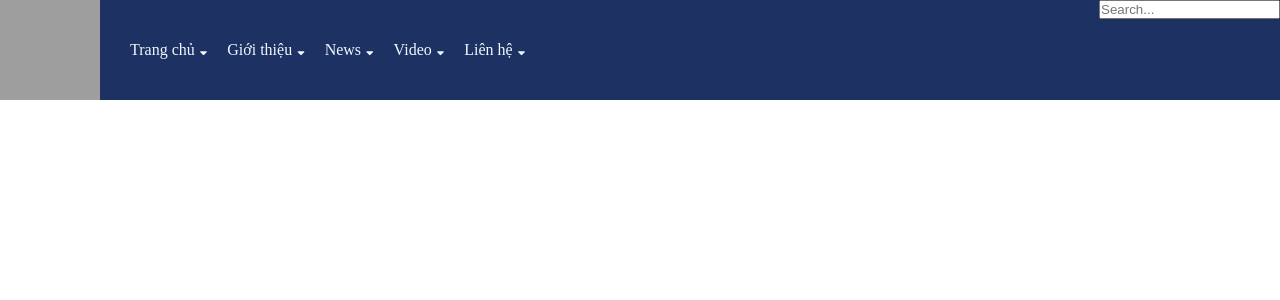
Repository: Luong-tung/newtopics
Page: index2.html
These files come from the project's save history. The page is drawn as it stood at one moment and after the next save; the edit follows.
The browser window is 1280 px wide. The pictures show the whole page.
Pictures or frames that could not be fetched are drawn as grey boxes. Some web libraries are served in a nearby version.

Above is the page before, as saved 2021-10-07 18:08:46.

### index2.html
<!DOCTYPE html>
<html lang="en">
<head>
    <meta charset="UTF-8">
    <meta http-equiv="X-UA-Compatible" content="IE=edge">
    <meta name="viewport" content="width=device-width, initial-scale=1.0">
    <title>trang web thương mai điện tử</title>
    <link rel="stylesheet" href="iu2.css">
    <link rel="stylesheet" href="https://pro.fontawesome.com/releases/v5.10.0/css/all.css" integrity="sha384-AYmEC3Yw5cVb3ZcuHtOA93w35dYTsvhLPVnYs9eStHfGJvOvKxVfELGroGkvsg+p" crossorigin="anonymous"/>
    <link rel="stylesheet" href="grid.css">

</head>
<body>
    <div class="header">
        <div class="logo">
            <img src="https://scontent.fhan3-5.fna.fbcdn.net/v/t1.15752-9/243148085_229171089102243_5702030057696055665_n.png?_nc_cat=109&ccb=1-5&_nc_sid=ae9488&_nc_ohc=MFQrVL-E3ZUAX81UgOR&_nc_ht=scontent.fhan3-5.fna&oh=bf2530340138a8a1eb55384dd7d37a9e&oe=6184EB79" alt="">


            <ul>
                <li><a href="#"></a>Trang chủ<i class="fas fa-sort-down"></i></li>
                <li><a href="#"></a>Giới thiệu<i class="fas fa-sort-down"></i></li>
                <li><a href="#"></a>News<i class="fas fa-sort-down"></i></li>
                <li><a href="#"></a>Video<i class="fas fa-sort-down"></i></li>
                <li><a href="#"></a>Liên hệ<i class="fas fa-sort-down"></i></li>
            </ul>
        </div>
        <div class="search">
            <form>
                <input type="text" name="Search" placeholder="Search...">
            </form>
        </div>









    </div>
    <script src="./main2.js"></script>
</body>
</html>

### iu2.css
*{
    padding: 0;
    margin: 0;

}
.header{
    width: 100%;
    height: 100px;
    background:#1E3163;
    display: flex;
    justify-content: space-between;

}
.header .logo img{
    width: 100px;
    height: 100px;

}
.header .logo{
    display: flex;
}
.header .logo ul{
    color: aliceblue;
    margin-left: 20px;
    display: flex;
    align-items: center;
    justify-content: space-between;
}
.header .logo ul li{
    list-style: none;
    cursor: pointer;
    margin: 0px 5px;
    padding:5px;

}
.header .logo ul li i{
    font-size: 12px;
    margin-left: 5px;
}
.header .logo ul li:hover{
    background:#fff;
    color:#2D46B9;


}

Loaded but not shown: grid.css (no stored copy; drawn as an empty file); main2.js (no stored copy; drawn as an empty file)

After the next save:
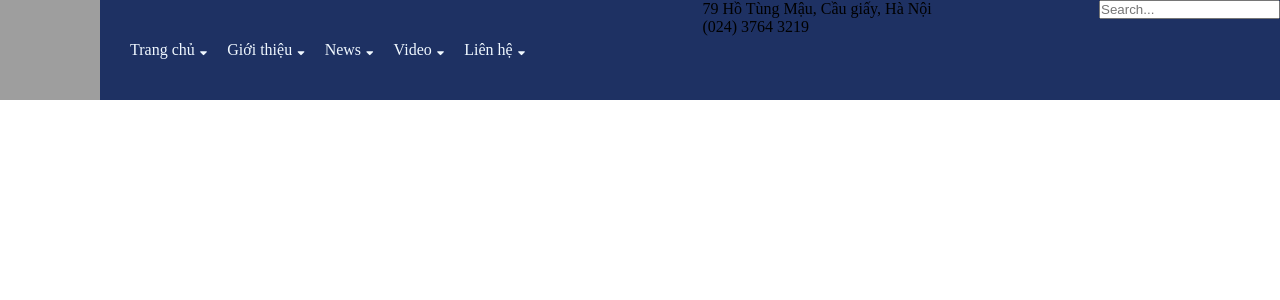
Saved 2 min 39 s later.
--- a/index2.html
+++ b/index2.html
@@ -24,6 +24,10 @@
                 <li><a href="#"></a>Liên hệ<i class="fas fa-sort-down"></i></li>
             </ul>
         </div>
+        <div class="address">
+            <p>79 Hồ Tùng Mậu, Cầu giấy, Hà Nội</p>
+            <P>(024) 3764 3219</P>
+        </div>
         <div class="search">
             <form>
                 <input type="text" name="Search" placeholder="Search...">
